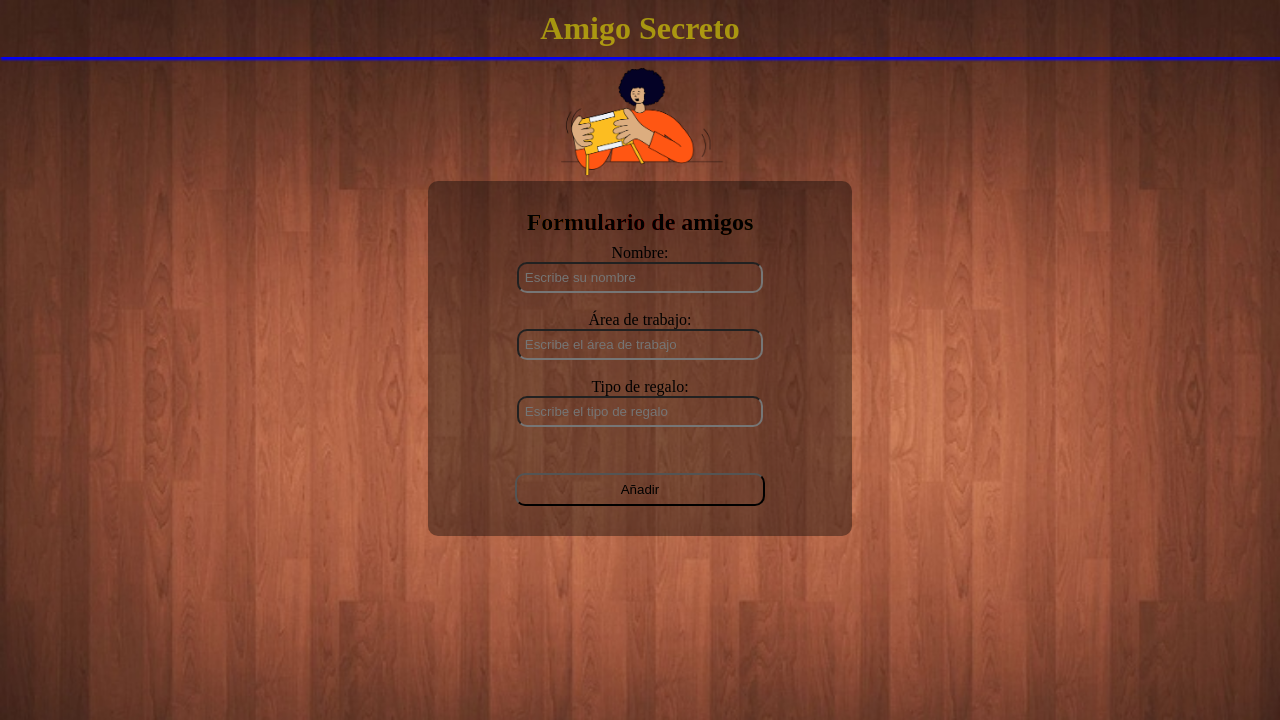
Repository: ye909/secreto
Page: index.html
The author's editor kept a copy of each file at every save. The page is drawn from the files as they stood at one save, then again after the next save.
The browser window is 1280 px wide. The pictures show the whole page.

Above is the page before, as saved 2025-01-25 10:42:02.

After the next save:
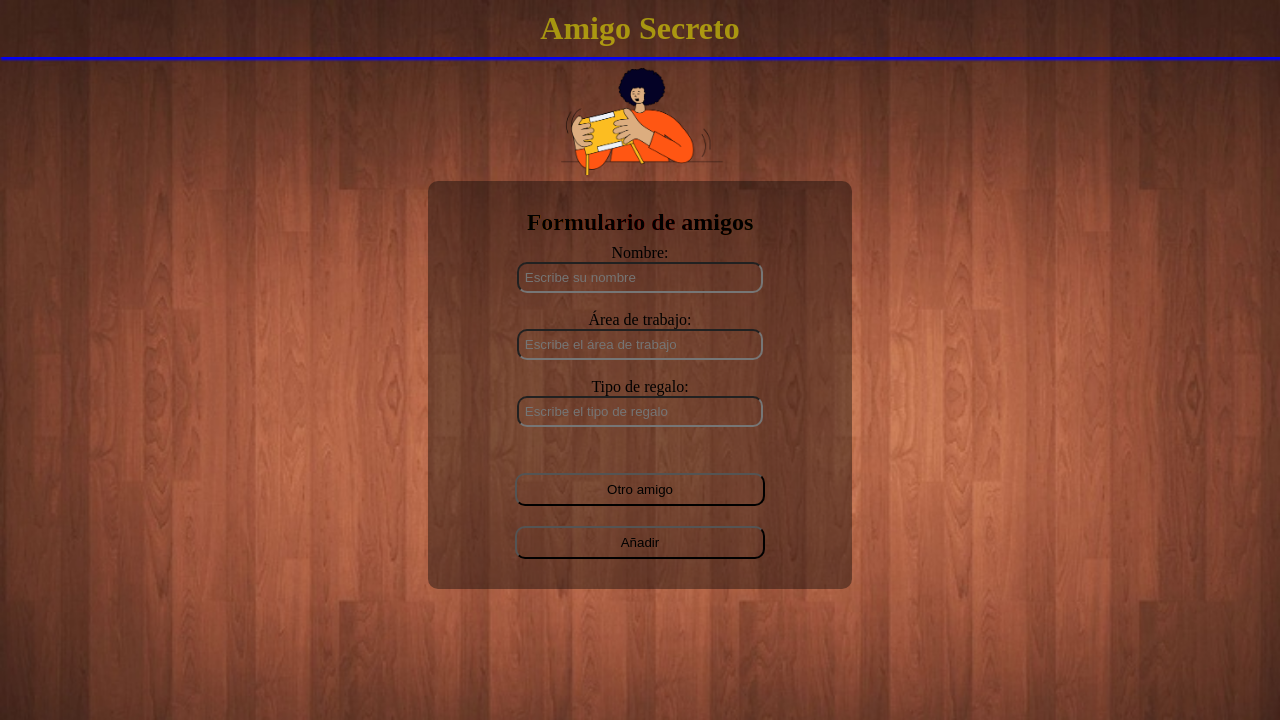
Saved 97 s later.
--- a/index.html
+++ b/index.html
@@ -28,6 +28,7 @@
                 <input type="text" id="tipoRegalo" class="input-regalo" placeholder="Escribe el tipo de regalo"><br><br>
                 <span id="mensaje"></span>
                 <br>
+                <button>Otro amigo</button>
                 <button class="button-add" id="button-add">Añadir</button>
             </form>
 
